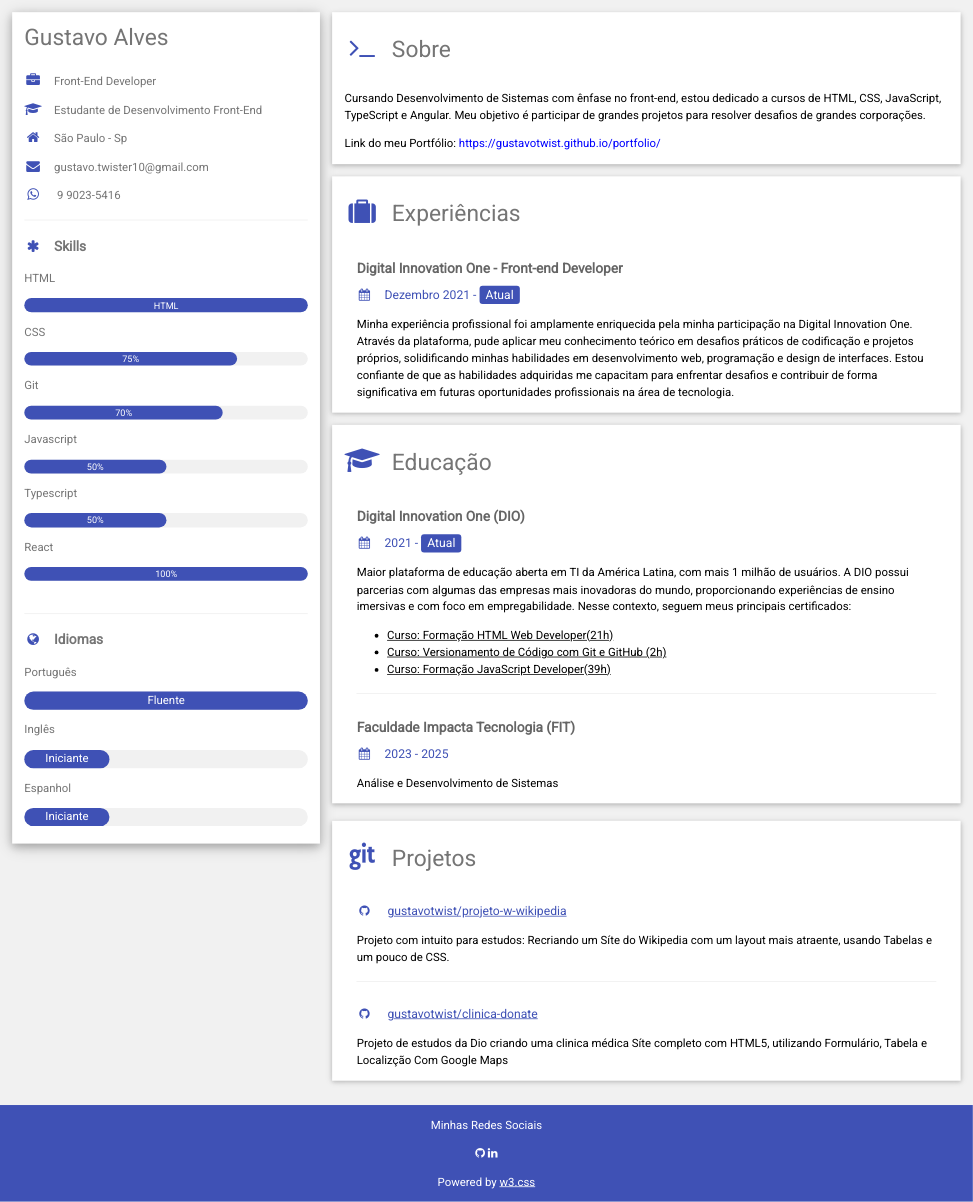
Repository: gustavotwist/cv
Page: index.html
These files come from the project's save history. The page is drawn as it stood at one moment and after the next save; the edit follows.
The browser window is 1280 px wide. The pictures show the whole page, at 76% of full size.

Above is the page before, as saved 2025-03-09 11:08:57.

### index.html
<!DOCTYPE html>
<!-- @falvojr: Reference article https://www.w3schools.com/howto/howto_website_create_resume.asp -->
<!-- @falvojr: Useful link to use fontawesome (fa) icons: https://fontawesome.com/v4/icons/ -->
<html lang="pt-BR">

  <head>
    <title>Gustavo Alves</title>

    <meta http-equiv="Content-Type" content="text/html; charset=UTF-8">
    <meta name="viewport" content="width=device-width, initial-scale=1">

    <link rel="stylesheet" href="https://www.w3schools.com/w3css/4/w3.css">
    <link rel='stylesheet' href='https://fonts.googleapis.com/css?family=Roboto'>
    <link rel="stylesheet" href="https://cdnjs.cloudflare.com/ajax/libs/font-awesome/4.7.0/css/font-awesome.min.css">

    <style>
      html,body,h1,h2,h3,h4,h5,h6 {font-family: "Roboto", sans-serif}
    </style>

  </head>

  <body class="w3-light-grey" cz-shortcut-listen="true">

    <!-- Page Container -->
    <div class="w3-content w3-margin-top" style="max-width:1400px;">

      <!-- The Grid -->
      <div class="w3-row-padding">

        <!-- Left Column -->
        <div class="w3-third">

          <div class="w3-white w3-text-grey w3-card-4">
            <!-- @falvojr: This container has been modified to not use a profile picture. -->
            <div class="w3-container">
              <h2>Gustavo Alves</h2>
            </div>
            <div class="w3-container">
              <p><i class="fa fa-briefcase fa-fw w3-margin-right w3-large w3-text-indigo"></i>Front-End Developer</p>
              <p><i class="fa fa-graduation-cap fa-fw w3-margin-right w3-large w3-text-indigo"></i>Estudante de Desenvolvimento Front-End</p>
              <p><i class="fa fa-home fa-fw w3-margin-right w3-large w3-text-indigo"></i>São Paulo - Sp</p>
              <p><i class="fa fa-envelope fa-fw w3-margin-right w3-large w3-text-indigo"></i><a href="mailto:gustavo.twister10@gmail.com" style="text-decoration: none;">gustavo.twister10@gmail.com</a></p>
              <p ><i class="fa fa-whatsapp fa-fw w3-margin-right w3-large w3-text-indigo"></i> <a href="tel:(11) 9 9023-5416" style="text-decoration: none;"> 9 9023-5416</a> </p>
              <hr>

              <p class="w3-large">
                <b><i class="fa fa-asterisk fa-fw w3-margin-right w3-text-indigo"></i>Skills</b>
              </p>
              <p>HTML</p>
              <div class="w3-light-grey w3-round-xlarge w3-small">
                <div class="w3-container w3-center w3-round-xlarge w3-indigo" style="width:100%">HTML</div>
              </div>
              <p>CSS</p>
              <div class="w3-light-grey w3-round-xlarge w3-small">
                <div class="w3-container w3-center w3-round-xlarge w3-indigo" style="width:75%">75%</div>
              </div>
              <p>Git</p>
              <div class="w3-light-grey w3-round-xlarge w3-small">
                <div class="w3-container w3-center w3-round-xlarge w3-indigo" style="width:70%">70%</div>
              </div>
              <p>Javascript</p>
              <div class="w3-light-grey w3-round-xlarge w3-small">
                <div class="w3-container w3-center w3-round-xlarge w3-indigo" style="width:50%">50%</div>
              </div>
              <p>Typescript</p>
              <div class="w3-light-grey w3-round-xlarge w3-small">
                <div class="w3-container w3-center w3-round-xlarge w3-indigo" style="width:50%">50%</div>
              </div>
              <p>React</p>
              <div class="w3-light-grey w3-round-xlarge w3-small">
                <div class="w3-container w3-center w3-round-xlarge w3-indigo" style="width:100%">100%</div>
              </div>
              <br>
              <hr>
              <p class="w3-large w3-text-theme">
                <b><i class="fa fa-globe fa-fw w3-margin-right w3-text-indigo"></i>Idiomas</b>
              </p>
              <p>Português</p>
              <div class="w3-light-grey w3-round-xlarge">
                <div class="w3-container w3-center w3-round-xlarge w3-indigo" style="height:24px;width:100%">Fluente</div>
              </div>
              <p>Inglês</p>
              <div class="w3-light-grey w3-round-xlarge">
                <div class="w3-container w3-center w3-round-xlarge w3-indigo" style="height:24px;width:30%">Iniciante</div>
              </div>
              <p>Espanhol</p>
              <div class="w3-light-grey w3-round-xlarge">
                <div class=" w3-container w3-center w3-round-xlarge w3-indigo" style="height:24px;width:30%">Iniciante</div>
              </div>
              <br>
            </div>
          </div><br>

          <!-- End Left Column -->
        </div>

        <!-- Right Column -->
        <div class="w3-twothird">

          <div class="w3-container w3-card w3-white w3-margin-bottom">
            <h2 class="w3-text-grey w3-padding-16"><i class="fa fa-terminal fa-fw w3-margin-right w3-xxlarge w3-text-indigo"></i>Sobre</h2>
            <p>Cursando Desenvolvimento de Sistemas com ênfase no front-end, estou dedicado a cursos de HTML, CSS, JavaScript, TypeScript e Angular. Meu objetivo é participar de grandes projetos para resolver desafios de grandes corporações.</p>
            <p>Link do meu Portfólio: <a href="https://gustavotwist.github.io/portfolio/" target="_blank" style="color: blue; text-decoration: none;">https://gustavotwist.github.io/portfolio/</a></p>
          </div>

          <div class="w3-container w3-card w3-white w3-margin-bottom">
            <h2 class="w3-text-grey w3-padding-16">
              <i class="fa fa-suitcase fa-fw w3-margin-right w3-xxlarge w3-text-indigo"></i>Experiências
            </h2>
            <div class="w3-container">
              <h5 class="w3-opacity"><b>Digital Innovation One - Front-end Developer</b></h5>
                <h6 class="w3-text-indigo"><i class="fa fa-calendar fa-fw w3-margin-right"></i>Dezembro 2021 - <span class="w3-tag w3-indigo w3-round">Atual</span></h6>
                <p>
                    Minha experiência profissional foi amplamente enriquecida pela minha participação na Digital Innovation One. Através da plataforma, pude aplicar meu conhecimento teórico em desafios práticos de codificação e projetos próprios, solidificando minhas habilidades em desenvolvimento web, programação e design de interfaces. Estou confiante de que as habilidades adquiridas me capacitam para enfrentar desafios e contribuir de forma significativa em futuras oportunidades profissionais na área de tecnologia.
                </p>

            </div>
          </div>

          <div class="w3-container w3-card w3-white">
            <h2 class="w3-text-grey w3-padding-16">
              <i class="fa fa-graduation-cap fa-fw w3-margin-right w3-xxlarge w3-text-indigo"></i>Educação
            </h2>
            <div class="w3-container">
              <h5 class="w3-opacity"><b>Digital Innovation One (DIO)</b></h5>
              <h6 class="w3-text-indigo"><i class="fa fa-calendar fa-fw w3-margin-right"></i>2021 - <span class="w3-tag w3-indigo w3-round">Atual</span></h6>
              <p>
                Maior plataforma de educação aberta em TI da América Latina, com mais 1 milhão de usuários.
                A DIO possui parcerias com algumas das empresas mais inovadoras do mundo, proporcionando experiências
                de ensino imersivas e com foco em empregabilidade. Nesse contexto, seguem meus principais certificados:
              </p>
              <ul>
                <li><a href="https://www.dio.me/certificate/VDSNYTO5" target="_blank">Curso: Formação HTML Web Developer(21h)</a></li>
                <li><a href="https://www.dio.me/certificate/EA66CA6A" target="_blank">Curso: Versionamento de Código com Git e GitHub (2h)</a></li>
                <li><a href="https://www.dio.me/certificate/OST0WIWG" target="_blank">Curso: Formação JavaScript Developer(39h)</a></li>
              </ul>
              <hr>
            </div>
            <div class="w3-container">
              <h5 class="w3-opacity"><b>Faculdade Impacta Tecnologia (FIT)</b></h5>
              <h6 class="w3-text-indigo"><i class="fa fa-calendar fa-fw w3-margin-right"></i>2023 - 2025</h6>
              <p>Análise e Desenvolvimento de Sistemas</p>
            </div>
          </div><br>
          <div class="w3-container w3-card w3-white w3-margin-bottom">
            <h2 class="w3-text-grey w3-padding-16">
              <i class="fa fa-git fa-fw w3-margin-right w3-xxlarge w3-text-indigo"></i>Projetos
            </h2>
            <div class="w3-container">
              <h6 class="w3-text-indigo">
                <i class="fa fa-github fa-fw w3-margin-right"></i>
                <a href="https://github.com/gustavotwist/projeto-w-wikipedia" target="_blank">gustavotwist/projeto-w-wikipedia</a>
              </h6>
              <p>Projeto com intuito para estudos: Recriando um Síte do Wikipedia com um layout mais atraente, usando Tabelas e um pouco de CSS.</p>
              <hr>
            </div>
            <div class="w3-container">
              <h6 class="w3-text-indigo">
                <i class="fa fa-github fa-fw w3-margin-right"></i>
                <a href="https://github.com/gustavotwist/clinica-donate" target="_blank">gustavotwist/clinica-donate</a>
              </h6>
              <p>Projeto de estudos da Dio criando uma clinica médica Síte completo com HTML5, utilizando Formulário, Tabela e Localizção Com Google Maps</p>
            </div>
          </div>

          <!-- End Right Column -->
        </div>

        <!-- End Grid -->
      </div>

      <!-- End Page Container -->
    </div>

    <footer class="w3-container w3-indigo w3-center w3-margin-top">
      <p>Minhas Redes Sociais</p>
      <a href="https://github.com/gustavotwist" target="_blank"><i class="fa fa-github w3-hover-opacity"></i></a>
      <a href="https://www.linkedin.com/in/gustavoalves7/" target="_blank"><i class="fa fa-linkedin w3-hover-opacity"></i></a>
      <p>Powered by <a href="https://www.w3schools.com/w3css/default.asp" target="_blank">w3.css</a></p>
    </footer>

  </body>

</html>

After the next save:
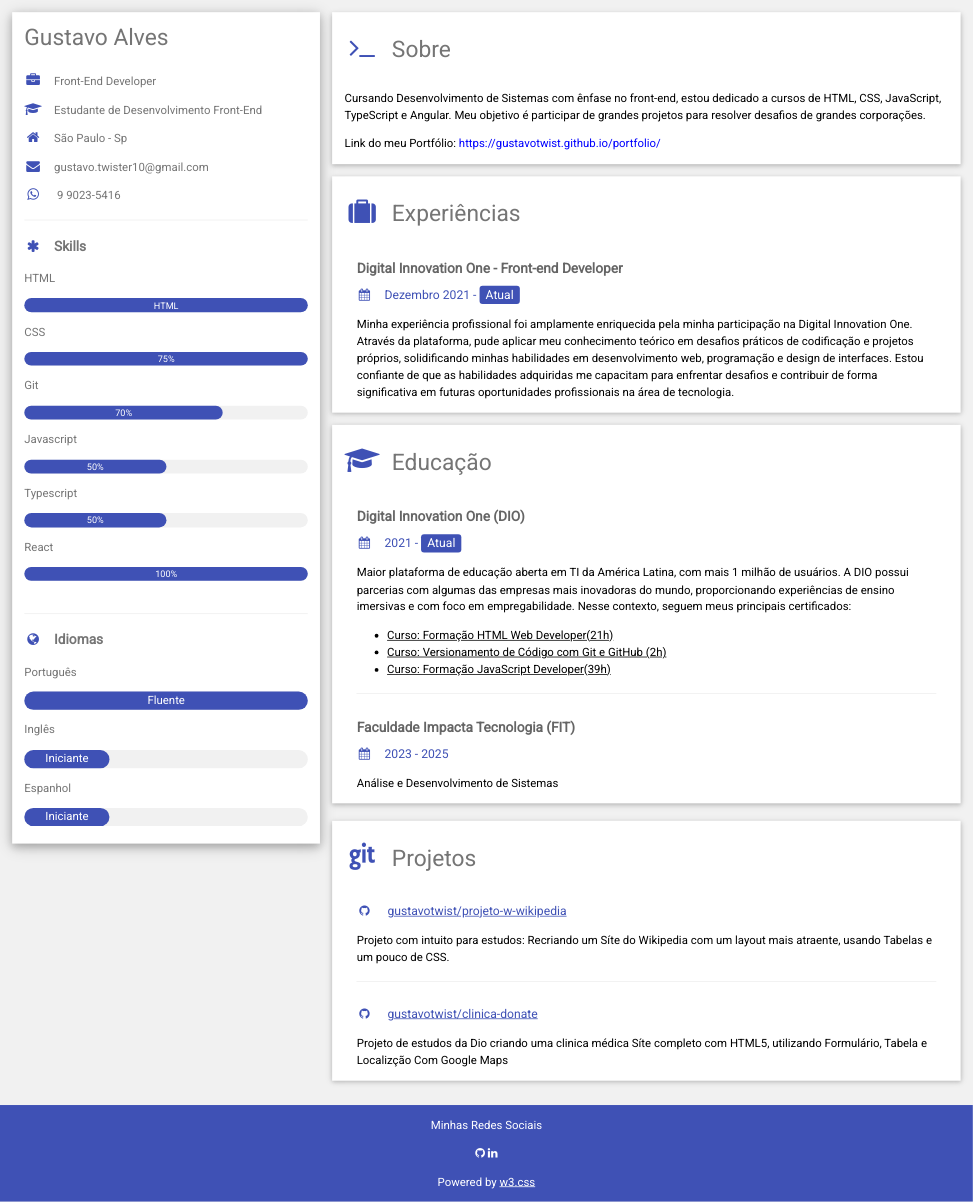
Saved 10 s later.
--- a/index.html
+++ b/index.html
@@ -52,7 +52,7 @@
               </div>
               <p>CSS</p>
               <div class="w3-light-grey w3-round-xlarge w3-small">
-                <div class="w3-container w3-center w3-round-xlarge w3-indigo" style="width:75%">75%</div>
+                <div class="w3-container w3-center w3-round-xlarge w3-indigo" style="width:100%">75%</div>
               </div>
               <p>Git</p>
               <div class="w3-light-grey w3-round-xlarge w3-small">
